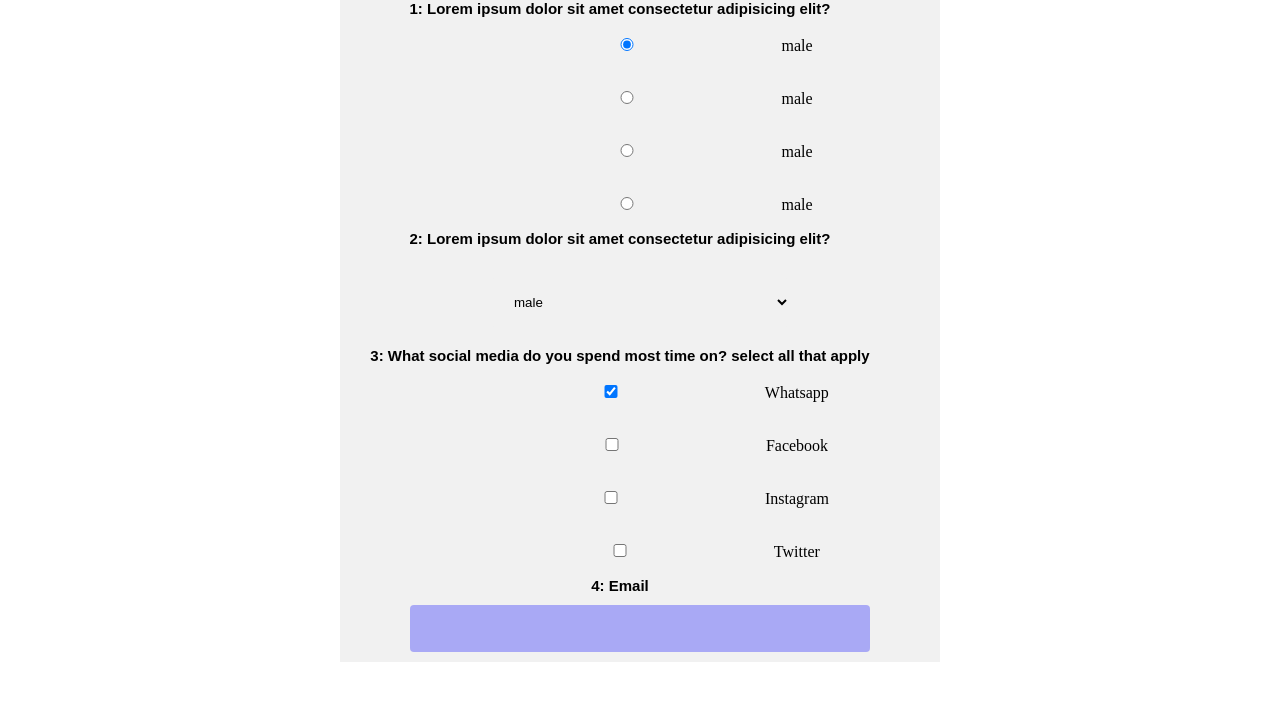
Repository: Grace229/Hasob-form
Page: index.html
The author's editor kept a copy of each file at every save. The page is drawn from the files as they stood at one save, then again after the next save.
The browser window is 1280 px wide. The pictures show the whole page.

Above is the page before, as saved 2020-12-27 11:13:11.

After the next save:
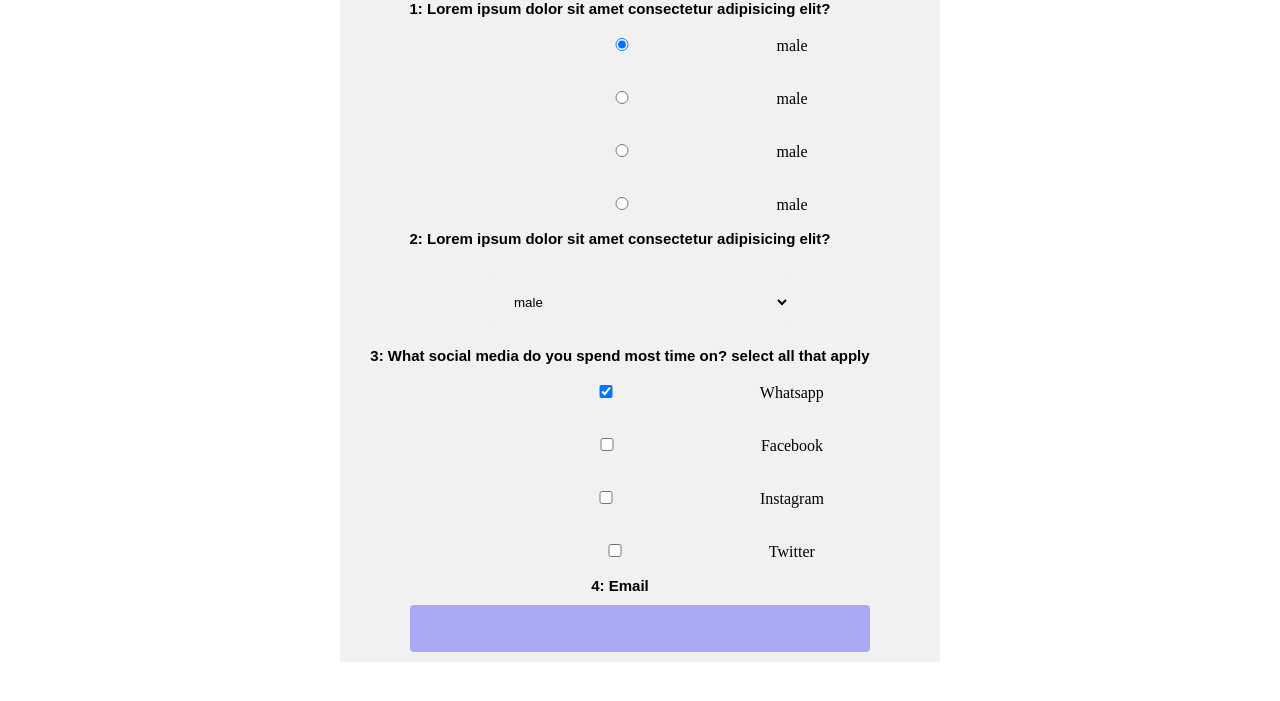
Saved 5 s later.
--- a/style.css
+++ b/style.css
@@ -14,7 +14,7 @@ label input[type=checkbox]{
 
 .input{
     width: 50%;
-    margin: 20px 0px 20px 10px;
+    margin: 20px 0px 20px 0px;
 }
 .check{
     border: solid 1px black;
